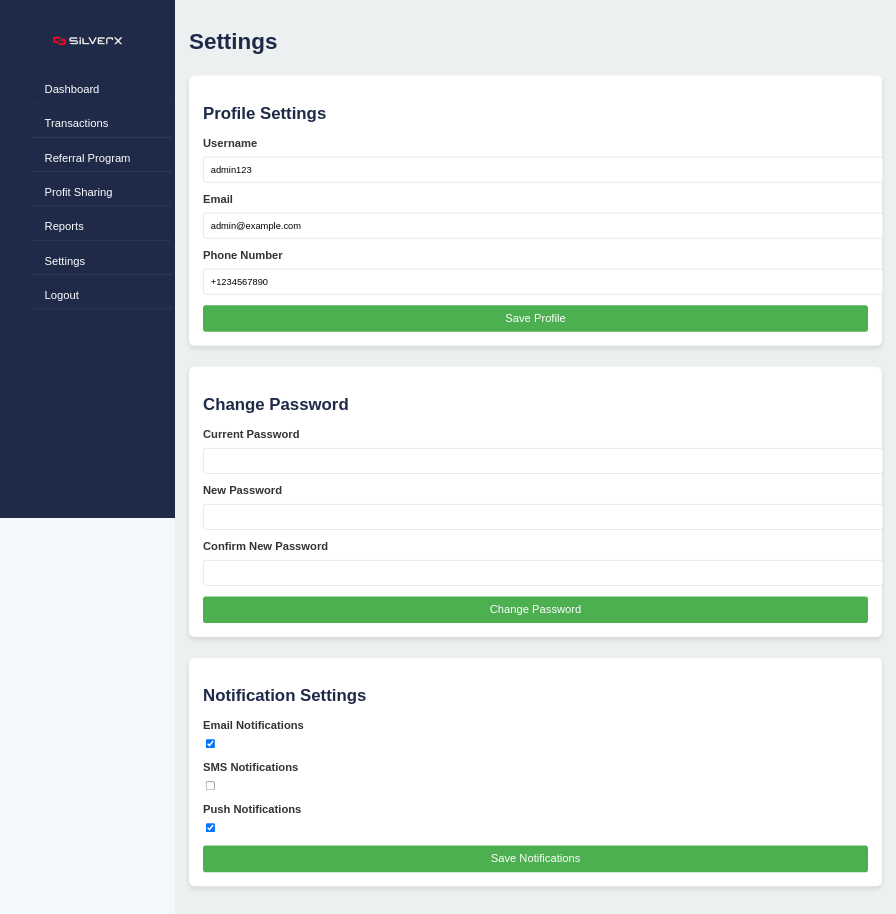
Repository: 2025silverx/slivedrX
Page: setting.html
These files come from the project's save history. The page is drawn as it stood at one moment and after the next save; the edit follows.
The browser window is 1280 px wide. The pictures show the whole page, at 70% of full size.

Above is the page before, as saved 2025-01-19 14:17:44.

After the next save:
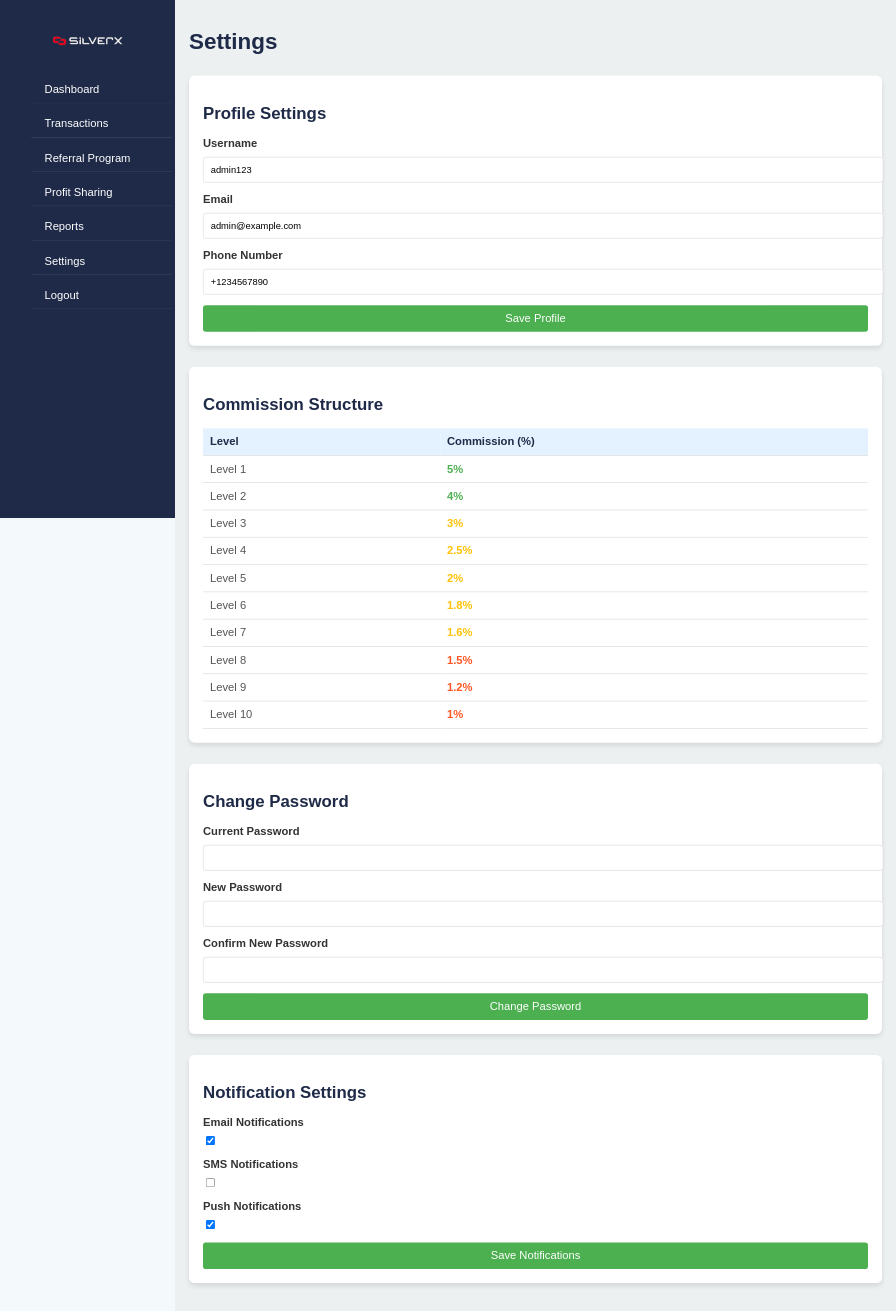
Saved 26 s later.
--- a/setting.html
+++ b/setting.html
@@ -48,6 +48,62 @@
             </form>
         </div>
 
+        <!-- Commission Structure Table -->
+<div class="settings-section">
+    <h2>Commission Structure</h2>
+    <table class="commission-table">
+        <thead>
+            <tr>
+                <th>Level</th>
+                <th>Commission (%)</th>
+            </tr>
+        </thead>
+        <tbody>
+            <tr>
+                <td>Level 1</td>
+                <td><span class="high">5%</span></td>
+            </tr>
+            <tr>
+                <td>Level 2</td>
+                <td><span class="high">4%</span></td>
+            </tr>
+            <tr>
+                <td>Level 3</td>
+                <td><span class="medium">3%</span></td>
+            </tr>
+            <tr>
+                <td>Level 4</td>
+                <td><span class="medium">2.5%</span></td>
+            </tr>
+            <tr>
+                <td>Level 5</td>
+                <td><span class="medium">2%</span></td>
+            </tr>
+            <tr>
+                <td>Level 6</td>
+                <td><span class="medium">1.8%</span></td>
+            </tr>
+            <tr>
+                <td>Level 7</td>
+                <td><span class="medium">1.6%</span></td>
+            </tr>
+            <tr>
+                <td>Level 8</td>
+                <td><span class="low">1.5%</span></td>
+            </tr>
+            <tr>
+                <td>Level 9</td>
+                <td><span class="low">1.2%</span></td>
+            </tr>
+            <tr>
+                <td>Level 10</td>
+                <td><span class="low">1%</span></td>
+            </tr>
+        </tbody>
+    </table>
+</div>
+
+
         <!-- Change Password Section -->
         <div class="settings-section">
             <h2>Change Password</h2>
